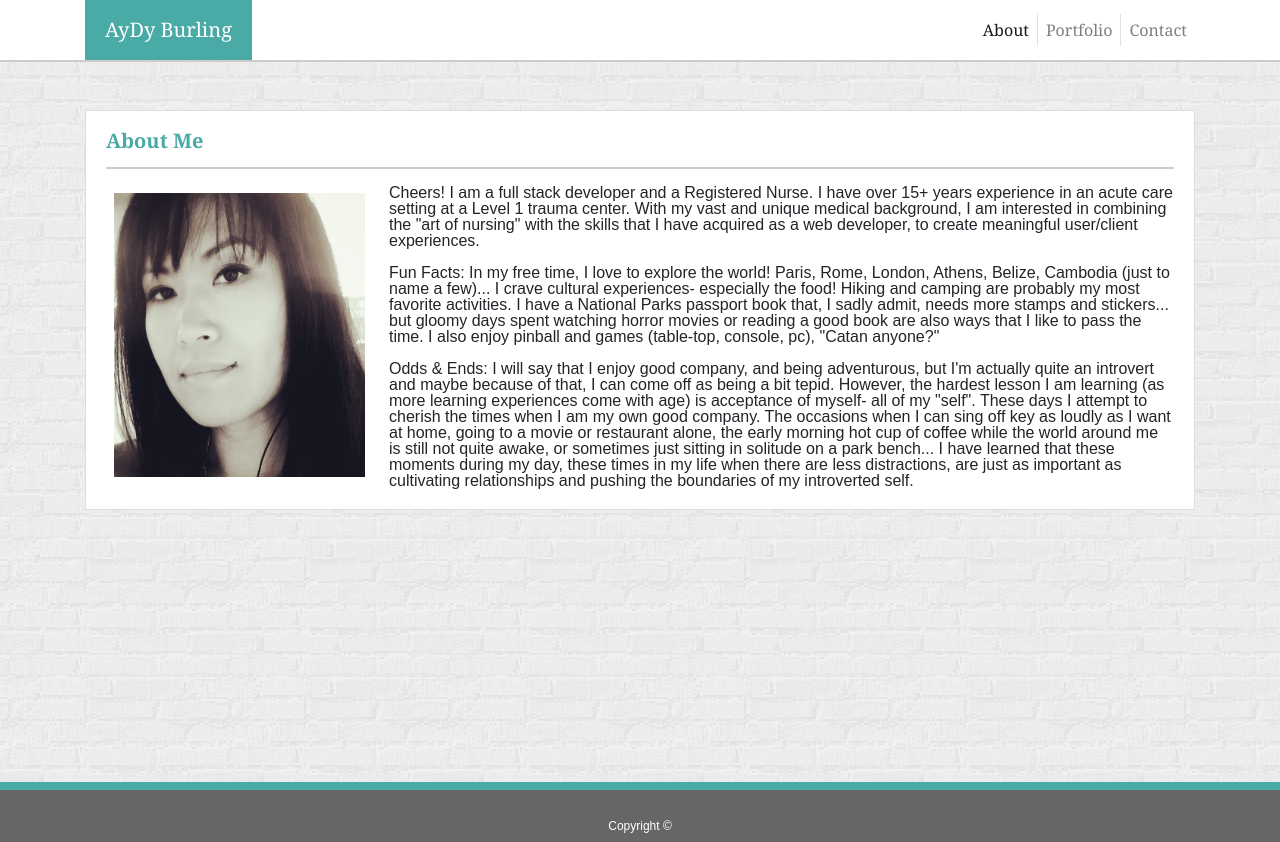
Repository: Dee1985/AyDy-Burling-prework
Page: Module-1_Assessment/index.html
These files come from the project's save history. The page is drawn as it stood at one moment and after the next save; the edit follows.
The browser window is 1280 px wide. The pictures show the whole page.

Above is the page before, as saved 2020-05-22 22:16:34.

After the next save:
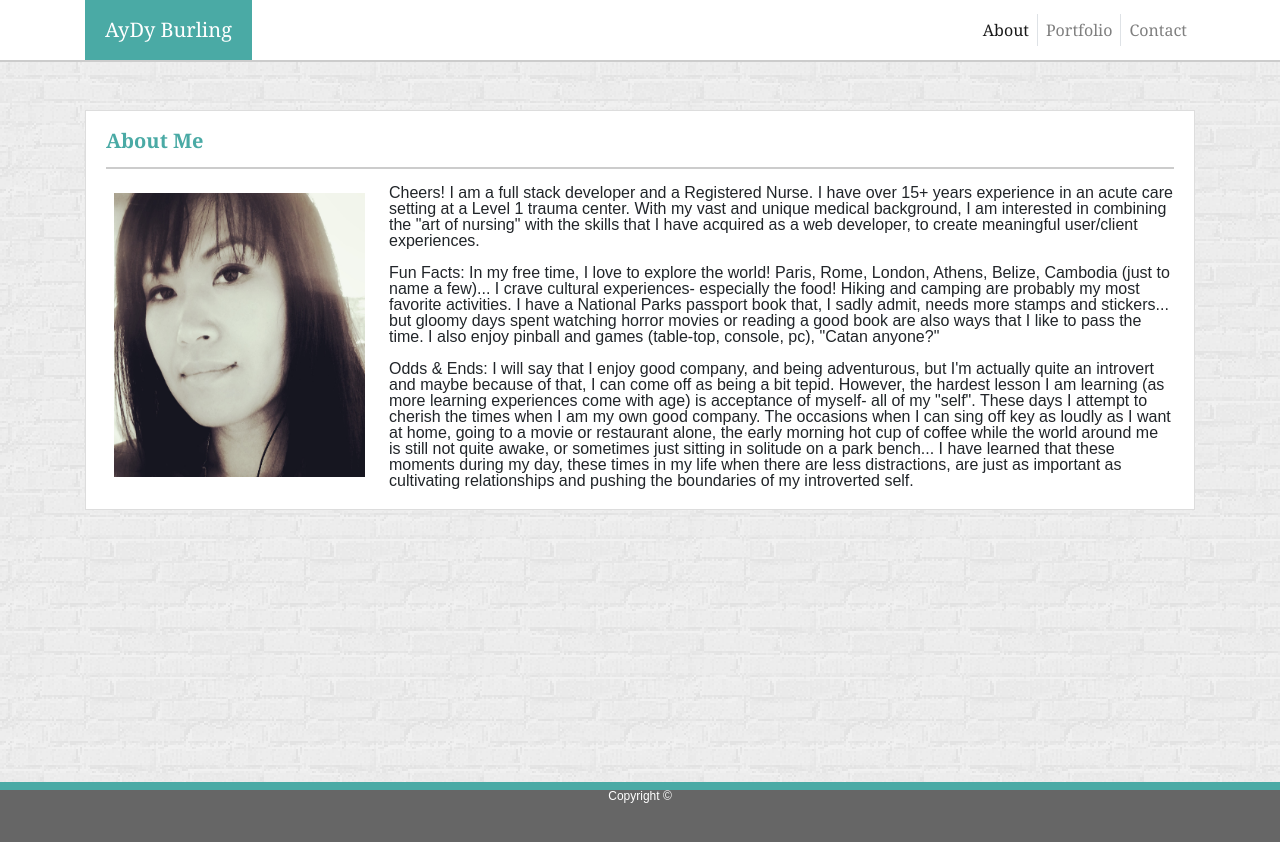
Saved 44 s later.
--- a/Module-1_Assessment/assets/css/style.css
+++ b/Module-1_Assessment/assets/css/style.css
@@ -60,7 +60,6 @@ hr {
 	font-family: Arial, 'Helvetica Neue', Helvetica, sans-serif;
 	font-size: 12px;
 	height: 60px;
-	padding-top: 30px;
 	position: relative;
 	bottom: 0;
 	top: 0;
